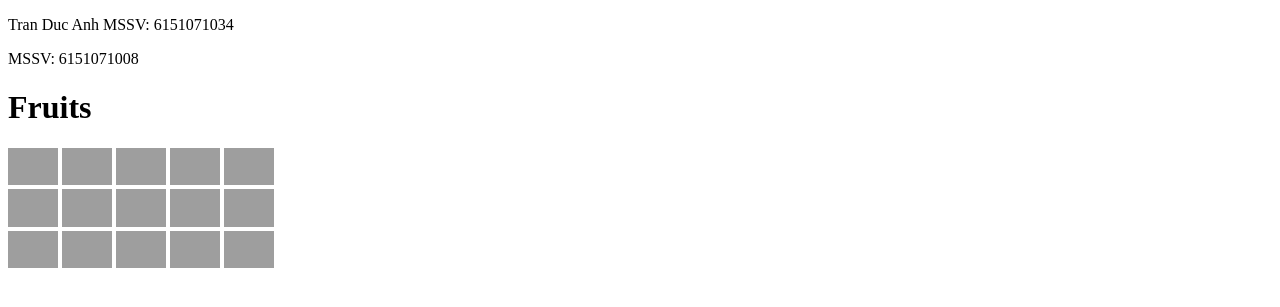
Repository: Helianthusss/Learn-CPP
Page: HTML/bai1.html
An editor plug-in stored every save of this project. The page is shown before and after the next save, followed by the edit.
The browser window is 1280 px wide. The pictures show the whole page.
Pictures or frames that could not be fetched are drawn as grey boxes.

Above is the page before, as saved 2021-09-15 14:05:16.

After the next save:
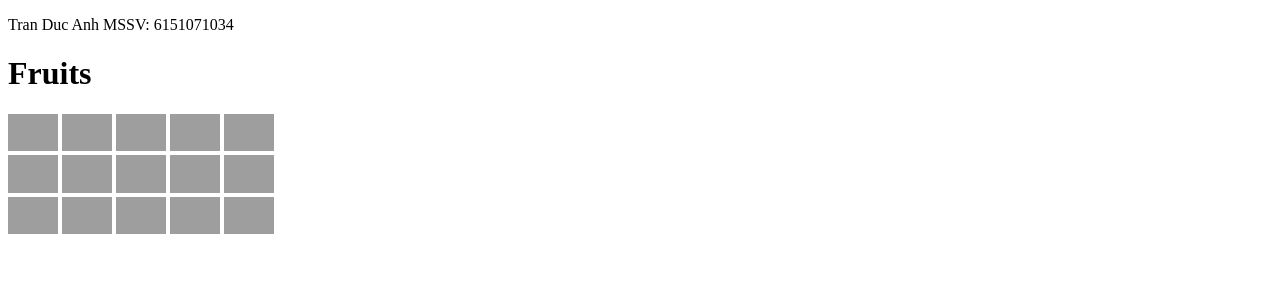
Saved 76 s later.
--- a/HTML/bai1.html
+++ b/HTML/bai1.html
@@ -1,7 +1,7 @@
 <!DOCTYPE html>
 <html>
     <head>
-        <title>FRUITS</title>
+        <title>Fruits</title>
         <meta charset="UTF-8">
         <style>
             .img {
@@ -12,9 +12,7 @@
     </head>
     <body>
         <p>Tran Duc Anh MSSV: 6151071034</p>
-        <p>MSSV: 6151071008</p>
         <h1>Fruits</h1>
-
         <div>
             <img class="img" src="https://www.pinclipart.com/picdir/big/379-3791999_banana-png-amp-banana-transparent-clipart-free-download.png" alt="">
             <img class="img" src="https://tse4.mm.bing.net/th?id=OIP.P62_9x9icYWzVExBztrE-gHaHa&pid=Api&P=0&w=300&h=300" alt="">
